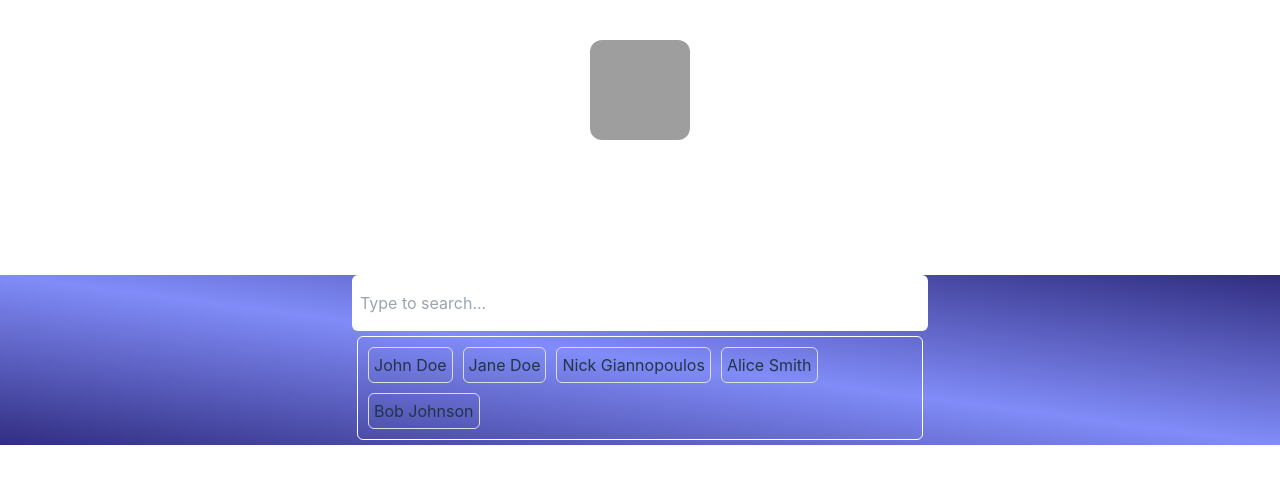
Repository: Ayansaxena24/Chip
Page: /
These files come from the project's save history. The page is drawn as it stood at one moment and after the next save; the edit follows.
The browser window is 1280 px wide. The pictures show the whole page.
Pictures or frames that could not be fetched are drawn as grey boxes. Some web libraries are served in a nearby version. The project was rebuilt for these pictures with package versions that can differ from the ones it lists, and the page was loaded fresh each time. Also part of the build but not shown: vite.config.ts, src/ChipInput.css.

Above is the page before, as saved 2024-01-16 03:58:53.

### index.html
<!doctype html>
<html lang="en">
  <head>
    <meta charset="UTF-8" />
    <link rel="icon" type="image/svg+xml" href="/vite.svg" />
    <meta name="viewport" content="width=device-width, initial-scale=1.0" />
    <script src="https://cdn.tailwindcss.com"></script>    <title>Vite + React + TS</title>
  </head>
  <body>
    <div id="root"></div>
    <script type="module" src="/src/main.tsx"></script>
  </body>
</html>

### src/App.tsx
import { BrowserRouter as Router, Routes, Route } from 'react-router-dom'
import ChipInput from './chipInput'

const App = () => {
  return (
    <Router>
      <Routes>
      <Route path="/" element={<ChipInput />} />
      </Routes>
    </Router>
  )
}

export default App

### src/ChipInput.tsx
// ChipInput.tsx

import React, {
  useState,
  useRef,
  useEffect,
  KeyboardEvent,
  ChangeEvent,
} from "react";
import "./ChipInput.css"; // Import your CSS file (e.g., TailwindCss/SCSS)

interface Chip {
  id: number;
  label: string;
}

const ChipInput: React.FC = () => {
  const [inputValue, setInputValue] = useState<string>("");
  const [chips, setChips] = useState<Chip[]>([]);
  const [filteredItems, setFilteredItems] = useState<string[]>([]);
  const inputRef = useRef<HTMLInputElement>(null);

  const items = [
    "John Doe",
    "Jane Doe",
    "Nick Giannopoulos",
    "Alice Smith",
    "Bob Johnson",
  ];

  useEffect(() => {
    setFilteredItems(
      items.filter((item) => !chips.find((chip) => chip.label === item))
    );
  }, [chips]);

  const handleInputChange = (e: ChangeEvent<HTMLInputElement>) => {
    const value = e.target.value;
    setInputValue(value);

    if (value.trim() === "" && chips.length > 0) {
      highlightLastChip();
    } else {
      setFilteredItems(
        items.filter((item) => item.toLowerCase().includes(value.toLowerCase()))
      );
    }
  };

  const handleChipClick = (item: string) => {
    setChips((prevChips) => [...prevChips, { id: Date.now(), label: item }]);
    setInputValue("");
  };

  const handleChipRemove = (id: number) => {
    setChips((prevChips) => prevChips.filter((chip) => chip.id !== id));
  };

  const handleInputKeyDown = (e: KeyboardEvent<HTMLInputElement>) => {
    if (e.key === "Backspace" && inputValue === "" && chips.length > 0) {
      e.preventDefault();
      const lastChip = chips[chips.length - 1];
      handleChipRemove(lastChip.id);
    }
  };

  const highlightLastChip = () => {
    const lastChip = document.querySelector(".chip:last-child");
    if (lastChip) {
      lastChip.classList.add("highlighted");
    }
  };

  return (
    <div className="w-screen flex justify-center items-center bg-gradient-to-bl from-indigo-900 via-indigo-400 to-indigo-900">
      <div className="absolute top-10">
        <img
          src="https://play-lh.googleusercontent.com/tjzK0-TCkXB1zxkmiRr5WNGJxQy87s1RdBx10nqLbdxRIH7bPWxTkH_YiUMbYPFRfmj7=w240-h480-rw"
          alt="Zepto"
          className="w-[100px] h-[100px] rounded-xl "
        />
      </div>
      <div className="flex flex-col w-[80vh]">
        <div className="flex flex-wrap">
          {chips.map((chip) => (
            <div
              key={chip.id}
              className="bg-[#037bfc] text-white rounded-md m-[5px] pr-[30px] pl-[10px] py-[12px] cursor-pointer flex items-center relative"
              onClick={() => handleChipRemove(chip.id)}
            >
              {chip.label}
              <span className="hover:border-white hover:bg-red-600 duration-300 ease-in-out hover:border-2 hover:rounded-md px-1 mx-2 absolute right-0">
                X
              </span>
            </div>
          ))}
          <input
            ref={inputRef}
            type="text"
            value={inputValue}
            onChange={handleInputChange}
            onKeyDown={handleInputKeyDown}
            placeholder="Type to search..."
            className="rounded-md w-full pl-2 py-4"
          />
        </div>
        <ul
          className={`${
            chips.length !== 5
              ? "cursor-pointer p-[5px] m-[5px] border-white rounded-md border-[1px] border-solid flex flex-wrap"
              : ""
          }`}
        >
          {filteredItems.map((item) => (
            <li
              className="cursor-pointer p-[5px] m-[5px] border-[1px] border-[#ddd] rounded-md hover:text-black hover:bg-white duration-300 ease-in-out hover:scale-105"
              key={item}
              onClick={() => handleChipClick(item)}
            >
              {item}
            </li>
          ))}
        </ul>
      </div>
    </div>
  );
};

export default ChipInput;

Loaded but not shown: src/main.tsx (common file); src/index.css (common file)

After the next save:
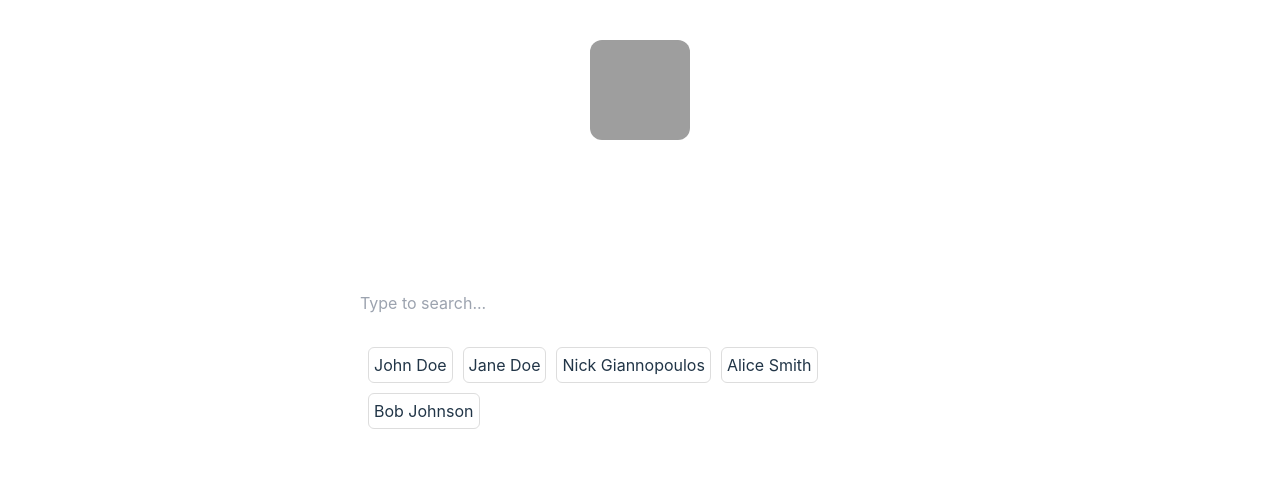
Saved 15 s later.
--- a/src/ChipInput.tsx
+++ b/src/ChipInput.tsx
@@ -72,7 +72,7 @@
   };
 
   return (
-    <div className="w-screen flex justify-center items-center bg-gradient-to-bl from-indigo-900 via-indigo-400 to-indigo-900">
+    <div className="w-screen flex justify-center items-center ">
       <div className="absolute top-10">
         <img
           src="https://play-lh.googleusercontent.com/tjzK0-TCkXB1zxkmiRr5WNGJxQy87s1RdBx10nqLbdxRIH7bPWxTkH_YiUMbYPFRfmj7=w240-h480-rw"

After the save that followed:
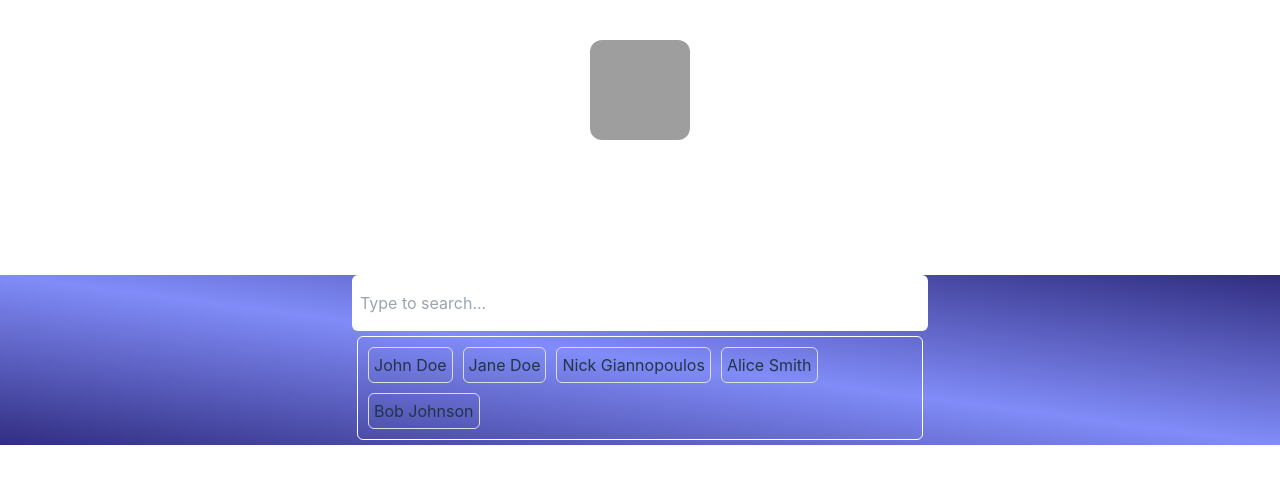
Saved 5 s later.
--- a/src/ChipInput.tsx
+++ b/src/ChipInput.tsx
@@ -72,7 +72,7 @@
   };
 
   return (
-    <div className="w-screen flex justify-center items-center ">
+    <div className="w-screen flex justify-center items-center w-full bg-gradient-to-bl from-indigo-900 via-indigo-400 to-indigo-900">
       <div className="absolute top-10">
         <img
           src="https://play-lh.googleusercontent.com/tjzK0-TCkXB1zxkmiRr5WNGJxQy87s1RdBx10nqLbdxRIH7bPWxTkH_YiUMbYPFRfmj7=w240-h480-rw"
